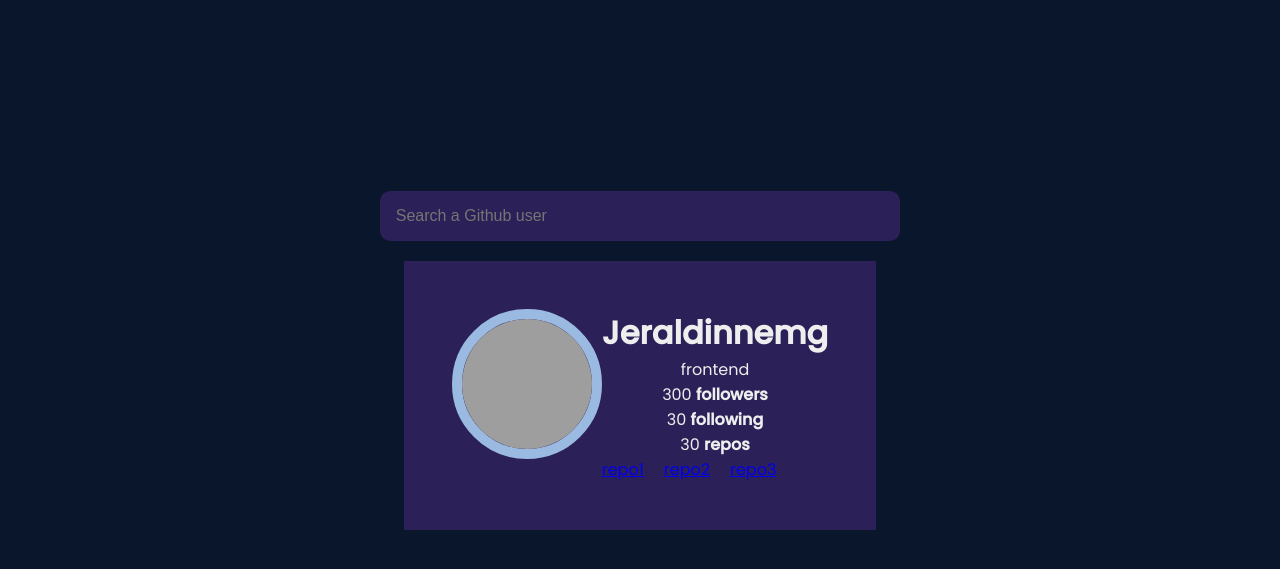
Repository: jeraldinnemg/githubprofile
Page: index.html
These files come from the project's save history. The page is drawn as it stood at one moment and after a run of saves; the edit follows.
The browser window is 1280 px wide. The pictures show the whole page.
Pictures or frames that could not be fetched are drawn as grey boxes.

Above is the page before, as saved 2022-09-16 23:13:22.

### index.html
<!DOCTYPE html>
<html lang="en">
<head>
    <meta charset="UTF-8">
    <meta http-equiv="X-UA-Compatible" content="IE=edge">
    <meta name="viewport" content="width=device-width, initial-scale=1.0">
    <link rel="stylesheet" href="style.css">
    <title>Github profiles</title>
</head>
<body>


    <div class="container">
        <form class="user-form">
            <input type="text" placeholder="Search a Github user">
        </form>
        <main class="card">

            <div class="profile-image">
                <img src="https://randomuser.me/api/portraits/men/30.jpg" alt="">
            </div>
            <div class="profile-content">
                <h1 class="user-name">Jeraldinnemg</h1>
                <p class="user-description"> frontend</p>
                <ul class="user-statistics">
                    <li>300 <strong>followers</strong></li>
                    <li>30 <strong>following</strong></li>
                    <li>30 <strong>repos</strong></li>
                </ul>
                <div class="user-repos">
                    <a href="#" class="repo">repo1</a>
                    <a href="#" class="repo">repo2</a>
                    <a href="#" class="repo">repo3</a>
                </div>
            </div>


        </main>

    </div>


    <script src="script.js"></script>
</body>
</html>

### style.css
@import url('https://fonts.googleapis.com/css2?family=Poppins:wght@400;500&display=swap');

* {
    margin:0;
    padding:0;
    box-sizing: border-box;
}

body {
    font-family: 'Poppins', 'sans-serif';
    font-size:1rem;
    background-color: #0a162c;
    color: #fff;
    display: flex;
    flex-direction: column;
    justify-content: center;
    align-items: center;
    height: 100vh;
}

.container {

    display: flex;
    flex-direction: column;
    justify-content: center;
    align-items: center;
    text-align: center;

    gap:20px;
}
.user-form {
    width:100%;
    max-width: 700px;
}

.user-form input{
    width:100%;
    display: block;
    background-color: #2b2057;
    border: none;
    border-radius: 10px;
    padding: 1em;
    font-size: 1rem;
    color:#fff;
    box-shadow:  0 5px 10px rgba(154, 160, 185, 0.05),
    0 15px 40px rgba(0, 0, 0, 0.1px) ;
}
user-form input::placeholder{
    color: #bbb;
}
.user-form input:focus{
    outline: none;
}

input:focus{
    border: none;
}

ul {
    list-style: none;
}

.card {
    max-width: 800px;
    display: flex;
    flex-direction: row;
    justify-content: space-around;
    background-color: #2b2057;
    box-shadow:  0 5px 10px rgba(154, 160, 185, 0.05),
    0 15px 40px rgba(0, 0, 0, 0.1px) ;
    padding: 3em;
    margin: 0 1.5rem;
}

img {
    border-radius: 50%;
    border: 10px solid #9abae2;
    height: 150px;
    width: 150px;;
}

.profile-content {
    color: #eee;
}

.user-statistics ul{
    list-style: none;
}

.user-repos{
    display: flex;
    gap:20px
}

Loaded but not shown: script.js (no copy from this time; the picture is the same without it)

After the next 2 saves:
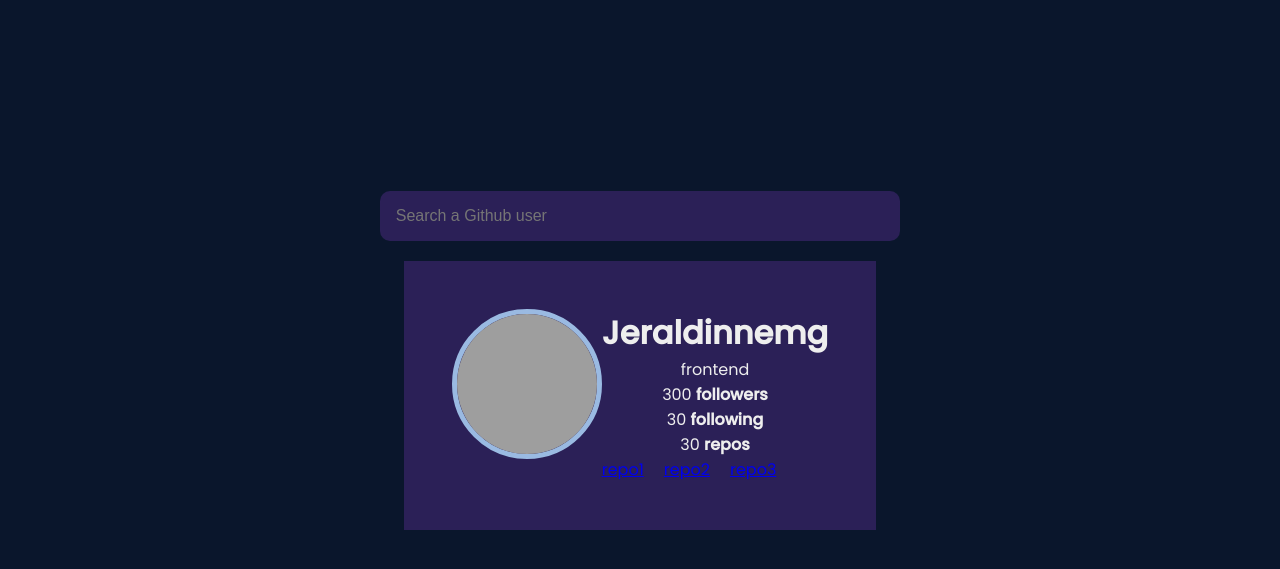
The 2 saves are shown as one change because they came seconds apart.
The last was saved 11 s later.
--- a/style.css
+++ b/style.css
@@ -74,7 +74,7 @@ ul {
 
 img {
     border-radius: 50%;
-    border: 10px solid #9abae2;
+    border: 5px solid #9abae2;
     height: 150px;
     width: 150px;;
 }
